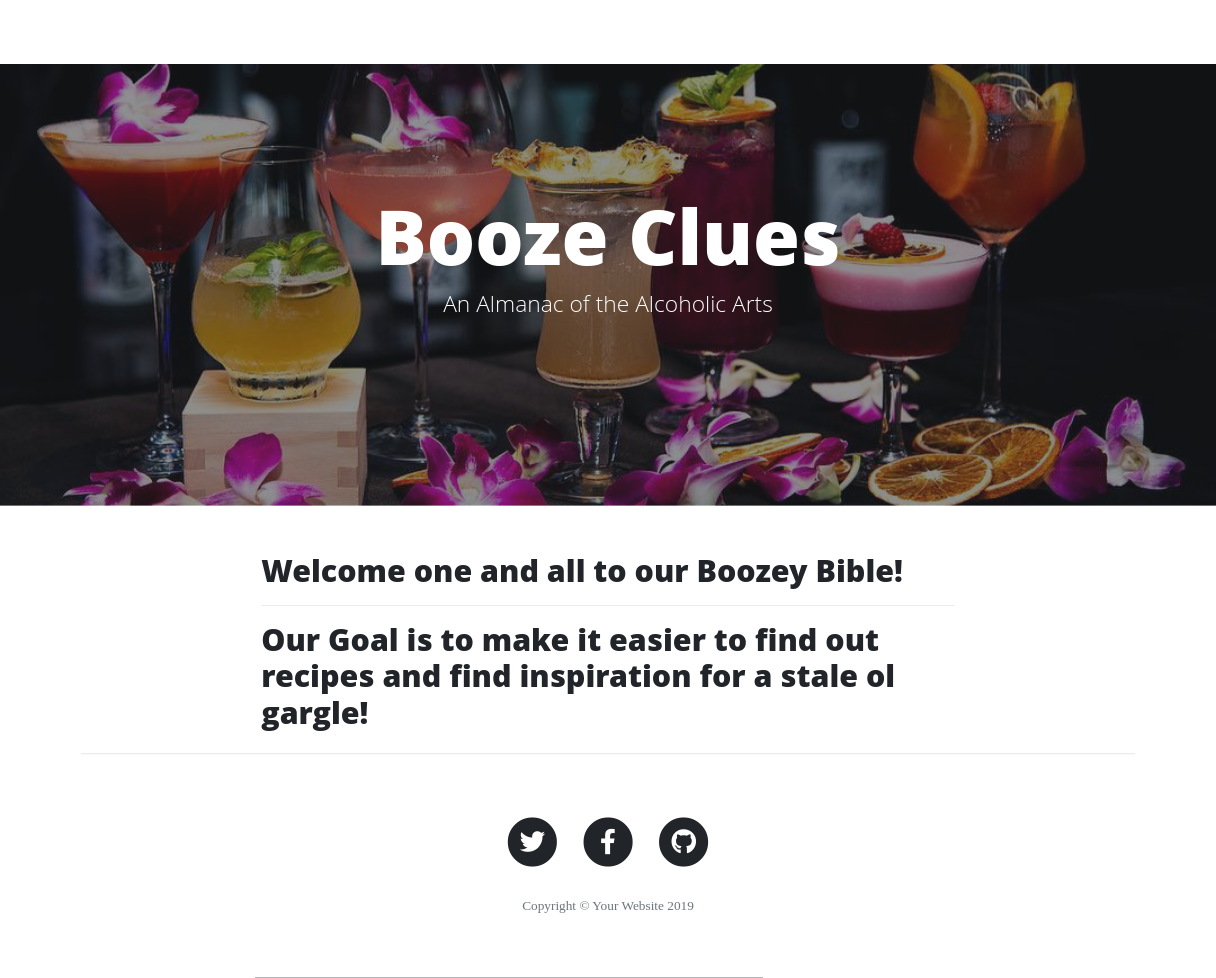
Repository: LiamB123/Booze-Clues
Page: http://localhost/
The author's editor kept a record of every edit. The page is drawn from the files as they stood at one moment, then again after the next edit.
The browser window is 1280 px wide. The pictures show the whole page, at 95% of full size.
Some web fonts or font styles are not loaded; a fallback is used. The page is served by the project's application, run on Flask 3 (app.py).

Above is the page before.

After the next edit:
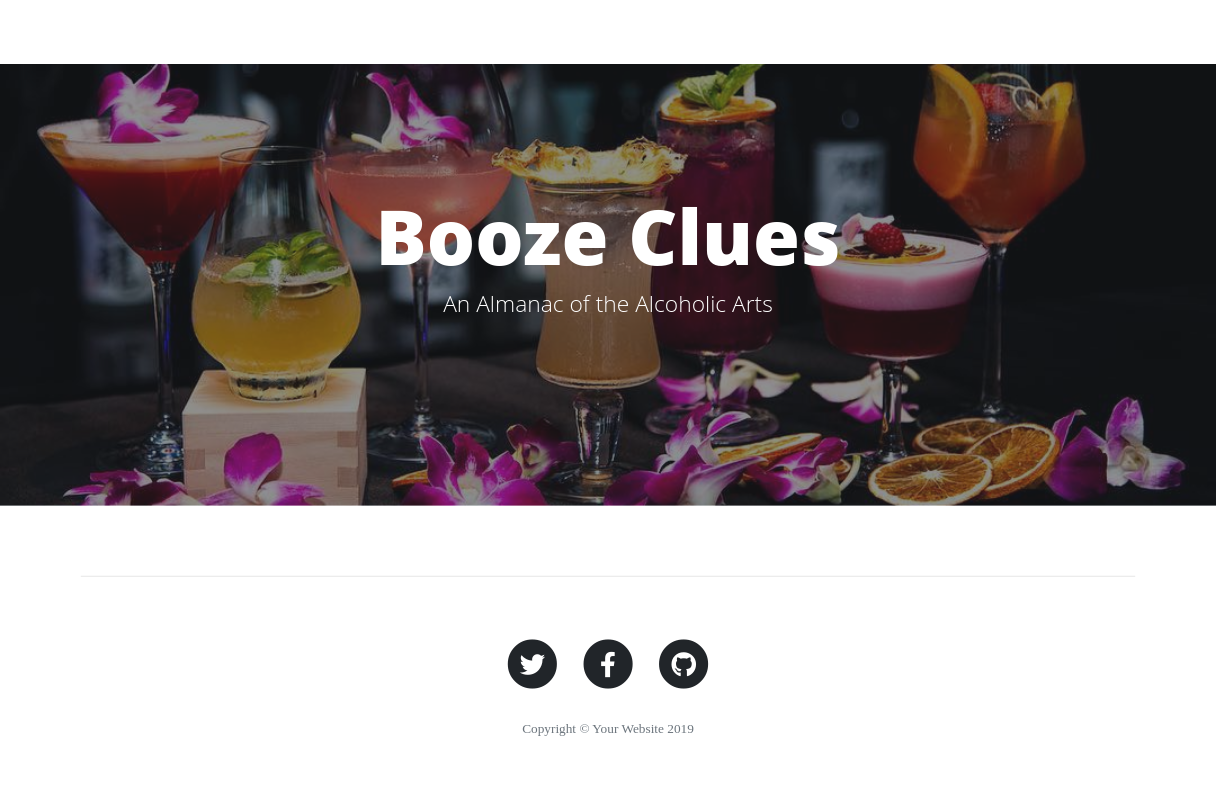
The edit:
--- a/templates/home.html
+++ b/templates/home.html
@@ -1,9 +1,4 @@
 {% extends "base.html" %}
 {% block content %}
-<div>
-    Welcome one and all to our Boozey Bible!<hr>
-    Our Goal is to make it easier to find out recipes and find inspiration for a stale ol gargle!
-</div>
-
 
 {% endblock %}
